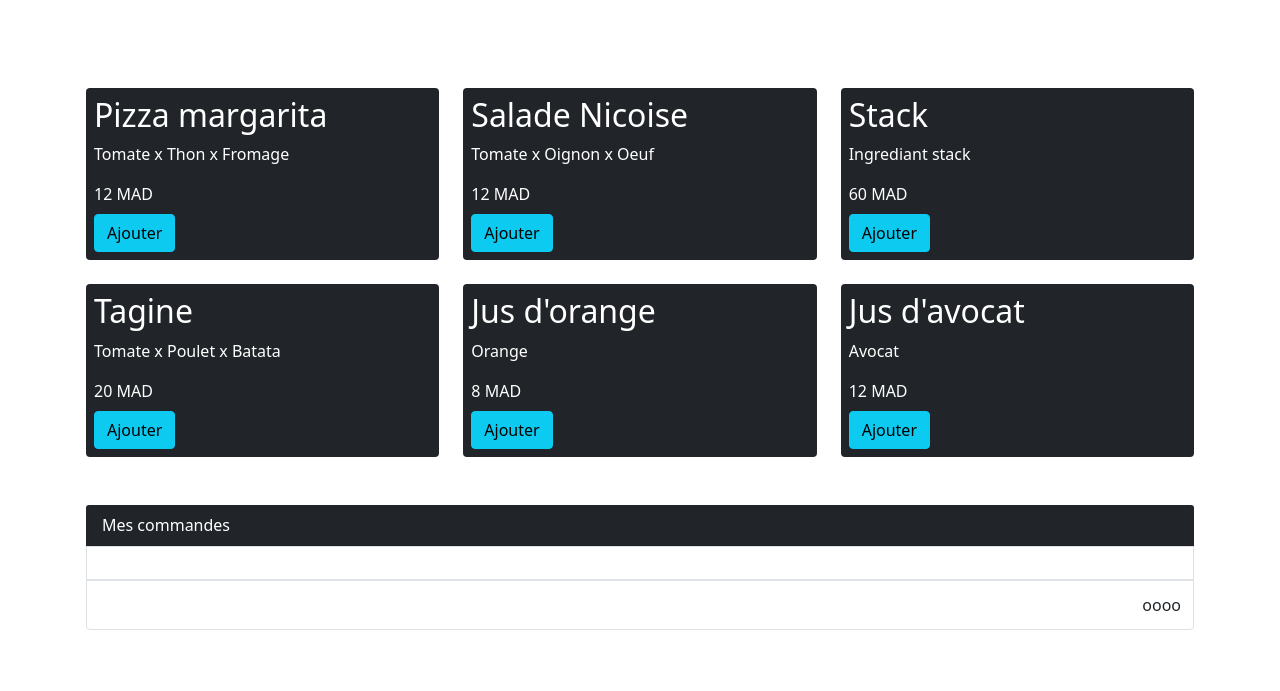
Repository: FS-23/my-restaurant
Page: /
The author's editor kept a copy of each file at every save. The page is drawn from the files as they stood at one save, then again after the next save.
The browser window is 1280 px wide. The pictures show the whole page.
The project was rebuilt for these pictures with package versions that can differ from the ones it lists, and the page was loaded fresh each time.

Above is the page before, as saved 2022-04-29 14:43:35.

After the next save:
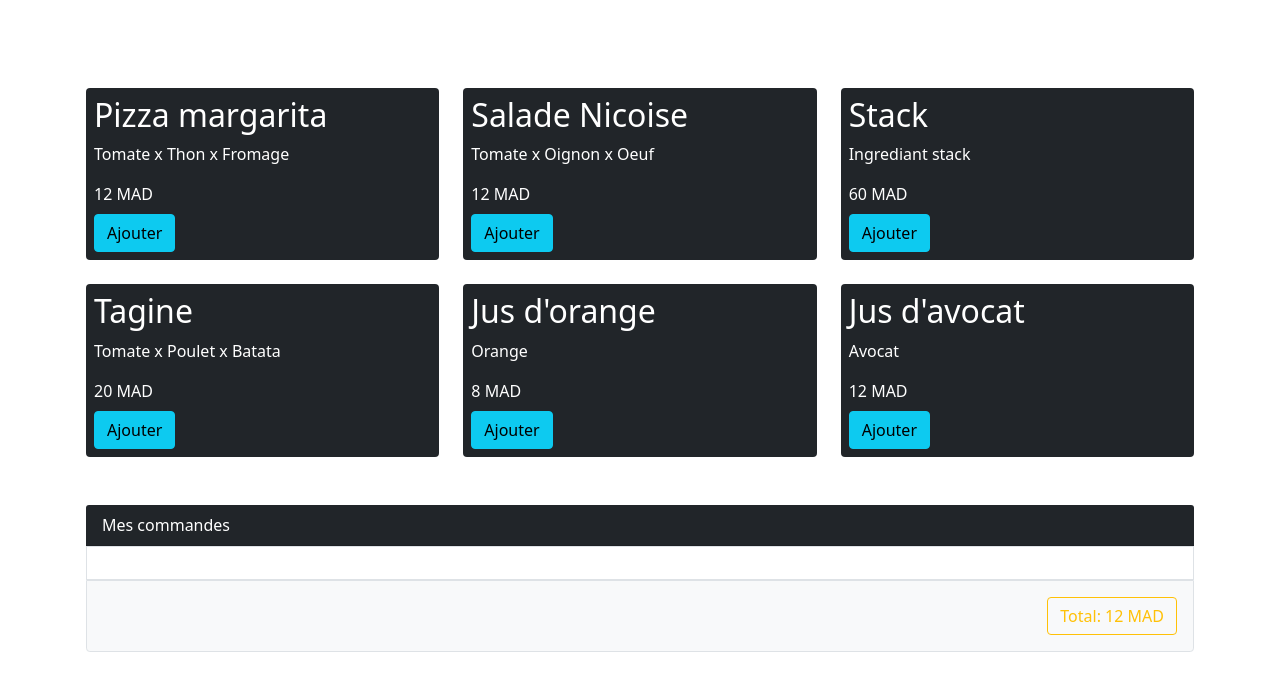
Saved 65 s later.
--- a/src/components/Menu.js
+++ b/src/components/Menu.js
@@ -51,8 +51,10 @@ function Menu(){
                         orders.map((menu , index) =>  <CommandeComponent key={index} plat={menu} />)
                     }
                   </div>
-                  <div className="modal-footer border">
-                            oooo
+                  <div className="modal-footer border bg-light ">
+                             <button className="btn btn-outline-warning" >
+                                  Total: 12 MAD
+                             </button>
                   </div>
 
 
